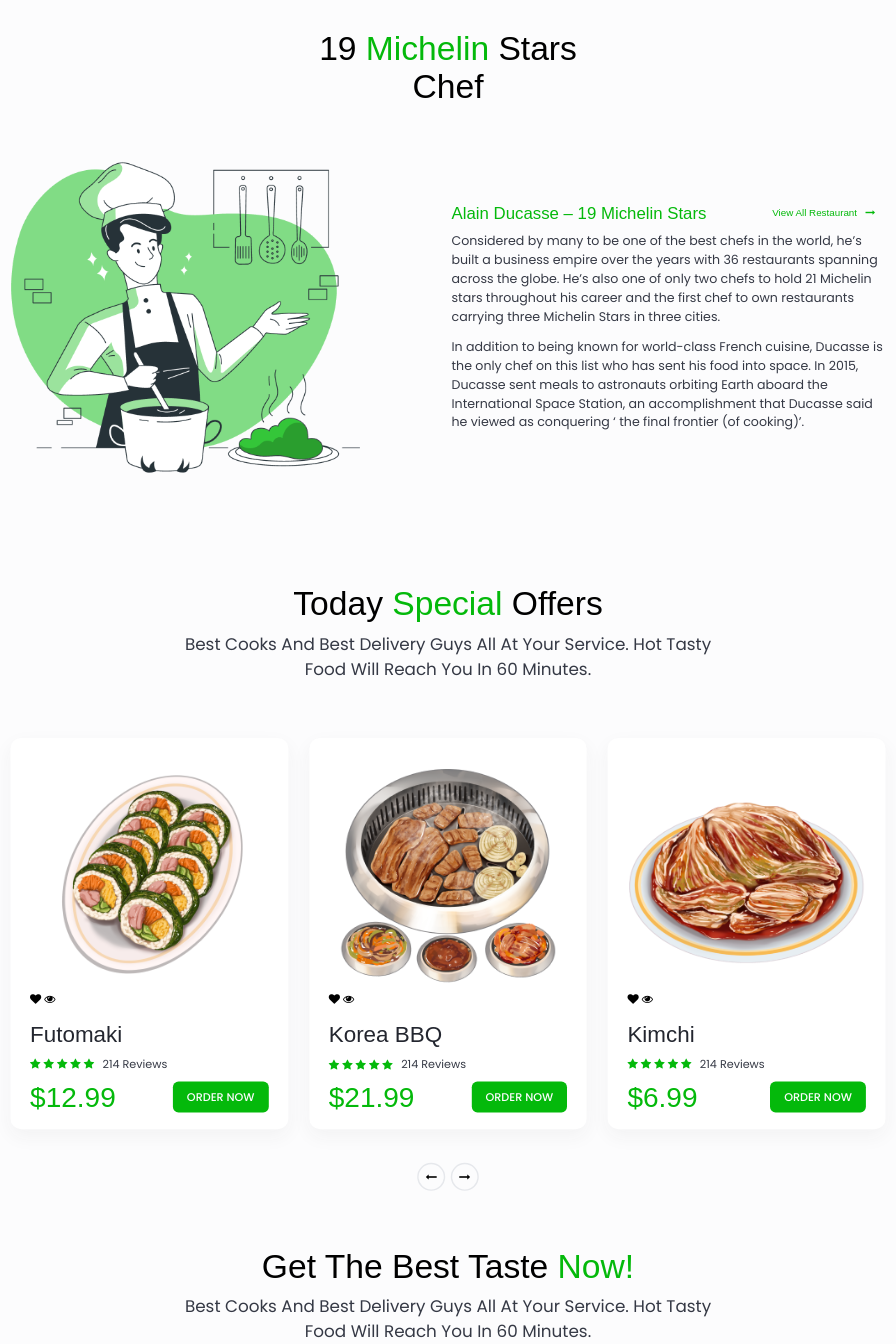
Repository: Toan3333/fooz
Page: index.html
The author's editor kept a copy of each file at every save. The page is drawn from the files as they stood at one save, then again after the next save.
The browser window is 1280 px wide. The pictures show the part of the page from y = 1583 to 3503 px (the page is 3503 px tall before and 3486 px after), at 70% of full size.
Some web fonts or font styles are not loaded; a fallback is used.

Above is the page before, as saved 2023-05-19 11:07:33.

After the next save:
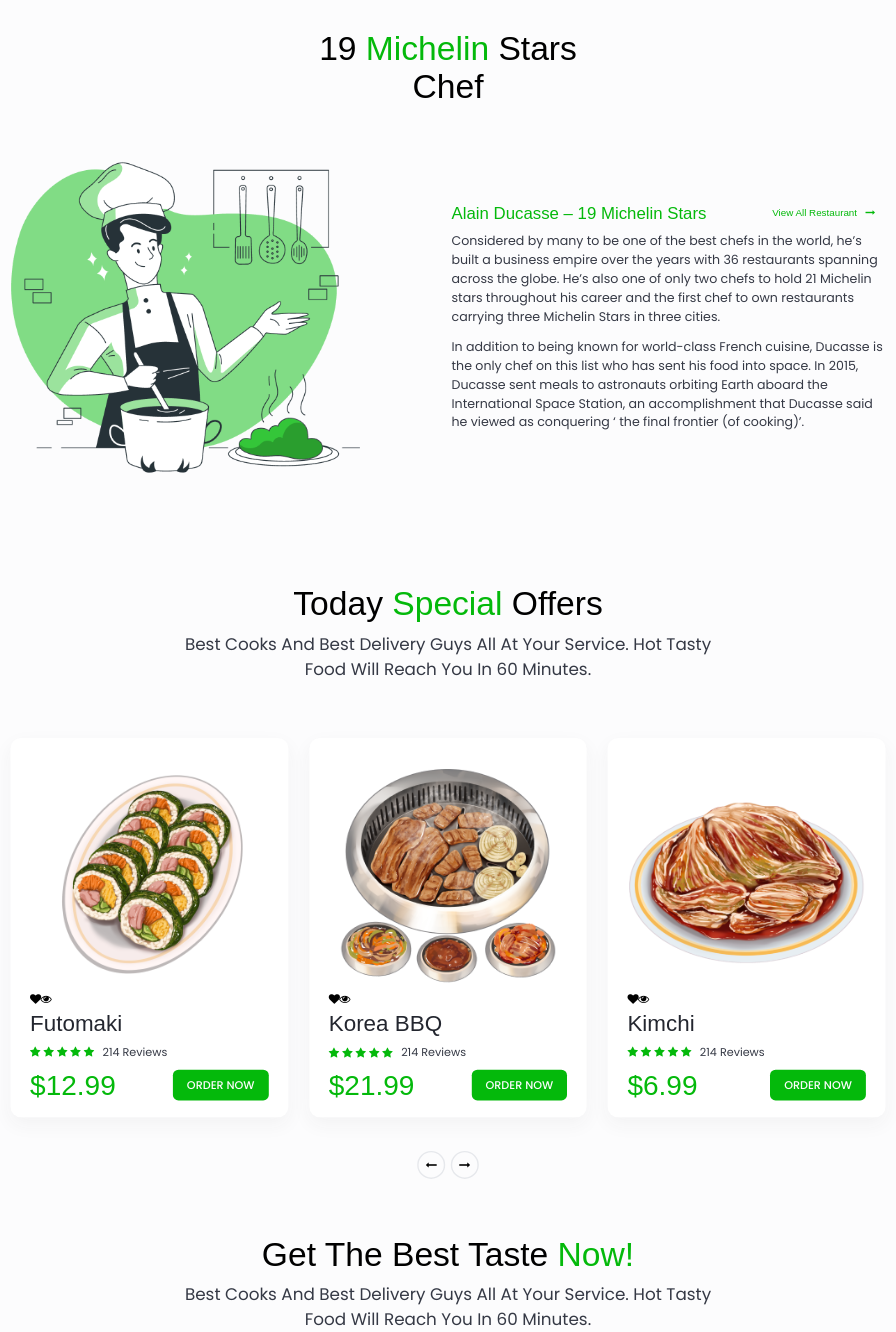
Saved 116 s later.
--- a/assets/css/style.css
+++ b/assets/css/style.css
@@ -348,8 +348,9 @@
   width: 100%;
   margin-bottom: 24px;
 }
-.special-image .fa-heart {
-  right: 15px;
+.special-image .fa-heart,
+.special-image .fa-eye {
+  position: absolute;
 }
 .special-image .fa-eye {
   left: 15px;
